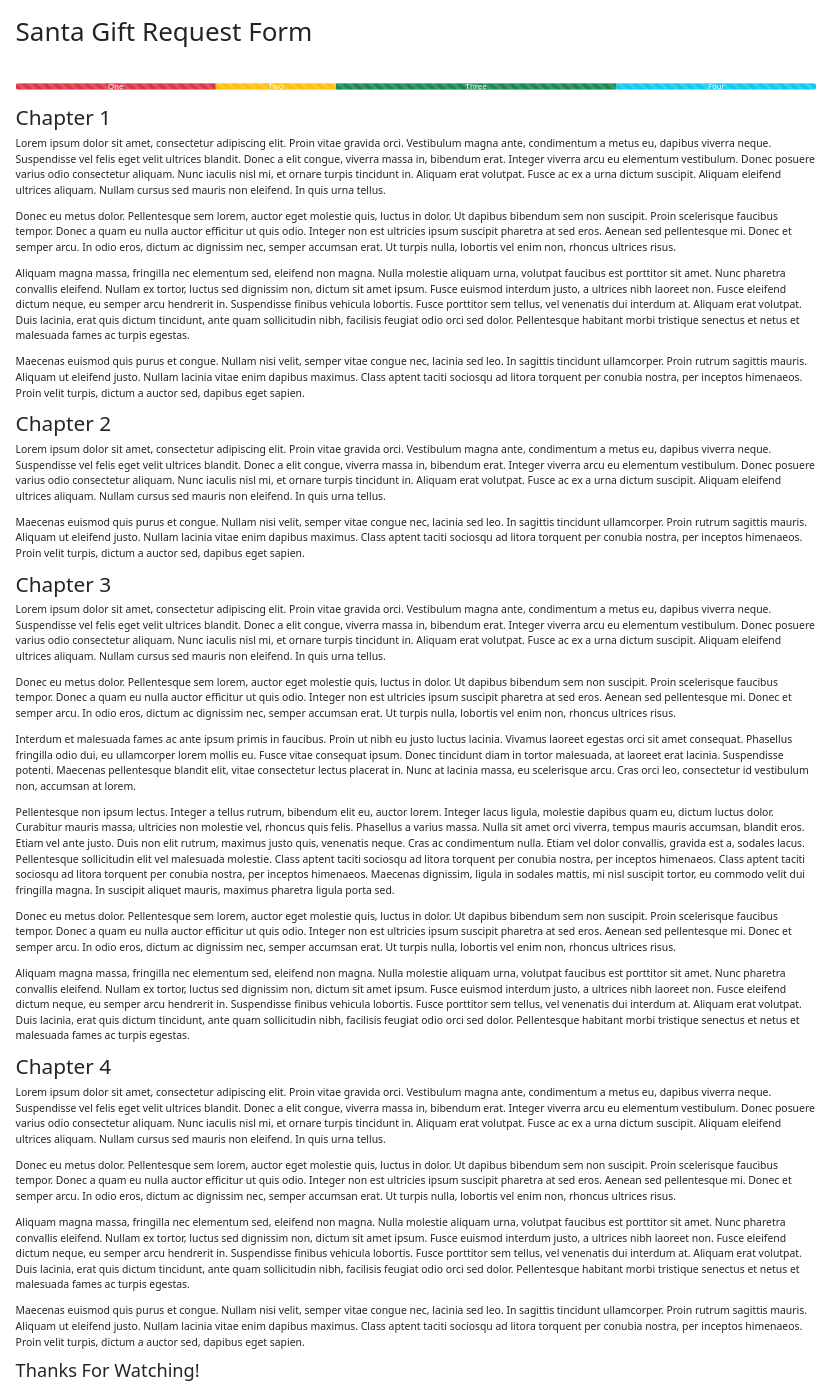
Repository: sarahlochhead/check-santas-list
Page: index.html
The author's editor kept a copy of each file at every save. The page is drawn from the files as they stood at one save, then again after a run of saves.
The browser window is 1280 px wide. The pictures show the whole page, at 65% of full size.

Above is the page before, as saved 2022-11-25 21:26:31.

### index.html
<!DOCTYPE html>
<html lang="en">
<head>
    <meta charset="utf-8">
    <meta name="viewport" content="width=device-width, initial-scale=1, shrink-to-fit=no">
    <title>Progress Bar | Bootstrap</title>
    <!-- The purpose of progress bars is to show something is loading, in progress, or action taking place with elements on the page. -->
    <!-- STEP 1: Link to Bootstrap CSS -->
    <link href="https://cdn.jsdelivr.net/npm/bootstrap@5.2.3/dist/css/bootstrap.min.css"  rel="stylesheet" integrity="sha384-rbsA2VBKQhggwzxH7pPCaAqO46MgnOM80zW1RWuH61DGLwZJEdK2Kadq2F9CUG65" crossorigin="anonymous">
</head>
<body class="m-4">
    <!-- STEP 3: Review the HTML for the page -->
    <main>
        <h1>Santa Gift Request Form</h1>

        <form>
            <label for="fullName" class="form-label"></label>


        </form>
        <!-- STEP 4: Create a div and add .progress and some top and bottom margin -->
        <div class="progress mt-4 mb-4 sticky-top" style="height: 10px;">
            <!-- STEP 5: Create another div .progress-bar. Add the appropriate roles and aria attributes (b/c this is not the HTML5 semantic element <progress>)-->
            <div class="progress-bar bg-danger progress-bar-striped progress-bar-animated" role="progressbar" aria-label="Long Read Progress Bar" style="width:25%" aria-valuenow="25" aria-valuemin="0" aria-valuemax="100">One</div>
            <!-- STEP 6: Change the value of width property to 50% percentage and see what happens Note: The aria-valuenow should also be changed -->
            <!-- STEP 7: Add a label to the progress-bar adding text in the div -->
            <!-- STEP 8: Add a bootstrap background color to the progress-bar (bg-success bg-info bg-warning) -->
            <!-- STEP 9: Try adding a bootstrap class of .progress-bar-striped and .progress-bar-animated to the .progress-bar -->
            <!-- STEP 10: Create three more inner divs .progress bar and change the color and width. (copy/paste) -->
            <div class="progress-bar bg-warning progress-bar-striped progress-bar-animated" role="progressbar" aria-label="Long Read Progress Bar" style="width:15%" aria-valuenow="15" aria-valuemin="0" aria-valuemax="100">Two</div>
            <div class="progress-bar bg-success progress-bar-striped progress-bar-animated" role="progressbar" aria-label="Long Read Progress Bar" style="width:35%" aria-valuenow="35" aria-valuemin="0" aria-valuemax="100">Three</div>
            <div class="progress-bar bg-info progress-bar-striped progress-bar-animated" role="progressbar" aria-label="Long Read Progress Bar" style="width:25%" aria-valuenow="25" aria-valuemin="0" aria-valuemax="100">Four</div>
            <!-- STEP 11: Set a height on the div.progress -->
            <!-- STEP 12: give the the div.progress a position class .sticky-top -->
        </div> <!-- .progress -->
        <section id="chapter1">
            <h2>Chapter 1</h2>
            <p>
                Lorem ipsum dolor sit amet, consectetur adipiscing elit. Proin vitae gravida orci. Vestibulum magna
                ante, condimentum a metus eu, dapibus viverra neque. Suspendisse vel felis eget velit ultrices blandit.
                Donec a elit congue, viverra massa in, bibendum erat. Integer viverra arcu eu elementum vestibulum.
                Donec posuere varius odio consectetur aliquam. Nunc iaculis nisl mi, et ornare turpis tincidunt in.
                Aliquam erat volutpat. Fusce ac ex a urna dictum suscipit. Aliquam eleifend ultrices aliquam. Nullam
                cursus sed mauris non eleifend. In quis urna tellus.
            </p>
            <p>
                Donec eu metus dolor. Pellentesque sem lorem, auctor eget molestie quis, luctus in dolor. Ut dapibus
                bibendum sem non suscipit. Proin scelerisque faucibus tempor. Donec a quam eu nulla auctor efficitur ut
                quis odio. Integer non est ultricies ipsum suscipit pharetra at sed eros. Aenean sed pellentesque mi.
                Donec et semper arcu. In odio eros, dictum ac dignissim nec, semper accumsan erat. Ut turpis nulla,
                lobortis vel enim non, rhoncus ultrices risus.
            </p>
            <p>
                Aliquam magna massa, fringilla nec elementum sed, eleifend non magna. Nulla molestie aliquam urna,
                volutpat faucibus est porttitor sit amet. Nunc pharetra convallis eleifend. Nullam ex tortor, luctus sed
                dignissim non, dictum sit amet ipsum. Fusce euismod interdum justo, a ultrices nibh laoreet non. Fusce
                eleifend dictum neque, eu semper arcu hendrerit in. Suspendisse finibus vehicula lobortis. Fusce
                porttitor sem tellus, vel venenatis dui interdum at. Aliquam erat volutpat. Duis lacinia, erat quis
                dictum tincidunt, ante quam sollicitudin nibh, facilisis feugiat odio orci sed dolor. Pellentesque
                habitant morbi tristique senectus et netus et malesuada fames ac turpis egestas.
            </p>
            <p>
                Maecenas euismod quis purus et congue. Nullam nisi velit, semper vitae congue nec, lacinia sed leo. In
                sagittis tincidunt ullamcorper. Proin rutrum sagittis mauris. Aliquam ut eleifend justo. Nullam lacinia
                vitae enim dapibus maximus. Class aptent taciti sociosqu ad litora torquent per conubia nostra, per
                inceptos himenaeos. Proin velit turpis, dictum a auctor sed, dapibus eget sapien.
            </p>
        </section>
        <section id="chapter2">
            <h2>Chapter 2</h2>
            <p>
                Lorem ipsum dolor sit amet, consectetur adipiscing elit. Proin vitae gravida orci. Vestibulum magna
                ante, condimentum a metus eu, dapibus viverra neque. Suspendisse vel felis eget velit ultrices blandit.
                Donec a elit congue, viverra massa in, bibendum erat. Integer viverra arcu eu elementum vestibulum.
                Donec posuere varius odio consectetur aliquam. Nunc iaculis nisl mi, et ornare turpis tincidunt in.
                Aliquam erat volutpat. Fusce ac ex a urna dictum suscipit. Aliquam eleifend ultrices aliquam. Nullam
                cursus sed mauris non eleifend. In quis urna tellus.
            </p>
            <p>
                Maecenas euismod quis purus et congue. Nullam nisi velit, semper vitae congue nec, lacinia sed leo. In
                sagittis tincidunt ullamcorper. Proin rutrum sagittis mauris. Aliquam ut eleifend justo. Nullam lacinia
                vitae enim dapibus maximus. Class aptent taciti sociosqu ad litora torquent per conubia nostra, per
                inceptos himenaeos. Proin velit turpis, dictum a auctor sed, dapibus eget sapien.
            </p>
        </section>
        <section id="chapter3">
            <h2>Chapter 3</h2>
            <p>
                Lorem ipsum dolor sit amet, consectetur adipiscing elit. Proin vitae gravida orci. Vestibulum magna
                ante, condimentum a metus eu, dapibus viverra neque. Suspendisse vel felis eget velit ultrices blandit.
                Donec a elit congue, viverra massa in, bibendum erat. Integer viverra arcu eu elementum vestibulum.
                Donec posuere varius odio consectetur aliquam. Nunc iaculis nisl mi, et ornare turpis tincidunt in.
                Aliquam erat volutpat. Fusce ac ex a urna dictum suscipit. Aliquam eleifend ultrices aliquam. Nullam
                cursus sed mauris non eleifend. In quis urna tellus.
            </p>
            <p>
                Donec eu metus dolor. Pellentesque sem lorem, auctor eget molestie quis, luctus in dolor. Ut dapibus
                bibendum sem non suscipit. Proin scelerisque faucibus tempor. Donec a quam eu nulla auctor efficitur ut
                quis odio. Integer non est ultricies ipsum suscipit pharetra at sed eros. Aenean sed pellentesque mi.
                Donec et semper arcu. In odio eros, dictum ac dignissim nec, semper accumsan erat. Ut turpis nulla,
                lobortis vel enim non, rhoncus ultrices risus.
            </p>
            <p>
                Interdum et malesuada fames ac ante ipsum primis in faucibus. Proin ut nibh eu justo luctus lacinia. Vivamus laoreet egestas orci sit amet consequat. Phasellus fringilla odio dui, eu ullamcorper lorem mollis eu. Fusce vitae consequat ipsum. Donec tincidunt diam in tortor malesuada, at laoreet erat lacinia. Suspendisse potenti. Maecenas pellentesque blandit elit, vitae consectetur lectus placerat in. Nunc at lacinia massa, eu scelerisque arcu. Cras orci leo, consectetur id vestibulum non, accumsan at lorem.
            </p>
            <p>
                Pellentesque non ipsum lectus. Integer a tellus rutrum, bibendum elit eu, auctor lorem. Integer lacus ligula, molestie dapibus quam eu, dictum luctus dolor. Curabitur mauris massa, ultricies non molestie vel, rhoncus quis felis. Phasellus a varius massa. Nulla sit amet orci viverra, tempus mauris accumsan, blandit eros. Etiam vel ante justo. Duis non elit rutrum, maximus justo quis, venenatis neque. Cras ac condimentum nulla. Etiam vel dolor convallis, gravida est a, sodales lacus. Pellentesque sollicitudin elit vel malesuada molestie. Class aptent taciti sociosqu ad litora torquent per conubia nostra, per inceptos himenaeos. Class aptent taciti sociosqu ad litora torquent per conubia nostra, per inceptos himenaeos. Maecenas dignissim, ligula in sodales mattis, mi nisl suscipit tortor, eu commodo velit dui fringilla magna. In suscipit aliquet mauris, maximus pharetra ligula porta sed.
            </p>
            <p>
                Donec eu metus dolor. Pellentesque sem lorem, auctor eget molestie quis, luctus in dolor. Ut dapibus
                bibendum sem non suscipit. Proin scelerisque faucibus tempor. Donec a quam eu nulla auctor efficitur ut
                quis odio. Integer non est ultricies ipsum suscipit pharetra at sed eros. Aenean sed pellentesque mi.
                Donec et semper arcu. In odio eros, dictum ac dignissim nec, semper accumsan erat. Ut turpis nulla,
                lobortis vel enim non, rhoncus ultrices risus.
            </p>
            <p>
                Aliquam magna massa, fringilla nec elementum sed, eleifend non magna. Nulla molestie aliquam urna,
                volutpat faucibus est porttitor sit amet. Nunc pharetra convallis eleifend. Nullam ex tortor, luctus sed
                dignissim non, dictum sit amet ipsum. Fusce euismod interdum justo, a ultrices nibh laoreet non. Fusce
                eleifend dictum neque, eu semper arcu hendrerit in. Suspendisse finibus vehicula lobortis. Fusce
                porttitor sem tellus, vel venenatis dui interdum at. Aliquam erat volutpat. Duis lacinia, erat quis
                dictum tincidunt, ante quam sollicitudin nibh, facilisis feugiat odio orci sed dolor. Pellentesque
                habitant morbi tristique senectus et netus et malesuada fames ac turpis egestas.
            </p>
        </section>
        <section id="chapter4">
            <h2>Chapter 4</h2>
            <p>
                Lorem ipsum dolor sit amet, consectetur adipiscing elit. Proin vitae gravida orci. Vestibulum magna
                ante, condimentum a metus eu, dapibus viverra neque. Suspendisse vel felis eget velit ultrices blandit.
                Donec a elit congue, viverra massa in, bibendum erat. Integer viverra arcu eu elementum vestibulum.
                Donec posuere varius odio consectetur aliquam. Nunc iaculis nisl mi, et ornare turpis tincidunt in.
                Aliquam erat volutpat. Fusce ac ex a urna dictum suscipit. Aliquam eleifend ultrices aliquam. Nullam
                cursus sed mauris non eleifend. In quis urna tellus.
            </p>
            <p>
                Donec eu metus dolor. Pellentesque sem lorem, auctor eget molestie quis, luctus in dolor. Ut dapibus
                bibendum sem non suscipit. Proin scelerisque faucibus tempor. Donec a quam eu nulla auctor efficitur ut
                quis odio. Integer non est ultricies ipsum suscipit pharetra at sed eros. Aenean sed pellentesque mi.
                Donec et semper arcu. In odio eros, dictum ac dignissim nec, semper accumsan erat. Ut turpis nulla,
                lobortis vel enim non, rhoncus ultrices risus.
            </p>
            <p>
                Aliquam magna massa, fringilla nec elementum sed, eleifend non magna. Nulla molestie aliquam urna,
                volutpat faucibus est porttitor sit amet. Nunc pharetra convallis eleifend. Nullam ex tortor, luctus sed
                dignissim non, dictum sit amet ipsum. Fusce euismod interdum justo, a ultrices nibh laoreet non. Fusce
                eleifend dictum neque, eu semper arcu hendrerit in. Suspendisse finibus vehicula lobortis. Fusce
                porttitor sem tellus, vel venenatis dui interdum at. Aliquam erat volutpat. Duis lacinia, erat quis
                dictum tincidunt, ante quam sollicitudin nibh, facilisis feugiat odio orci sed dolor. Pellentesque
                habitant morbi tristique senectus et netus et malesuada fames ac turpis egestas.
            </p>
            <p>
                Maecenas euismod quis purus et congue. Nullam nisi velit, semper vitae congue nec, lacinia sed leo. In
                sagittis tincidunt ullamcorper. Proin rutrum sagittis mauris. Aliquam ut eleifend justo. Nullam lacinia
                vitae enim dapibus maximus. Class aptent taciti sociosqu ad litora torquent per conubia nostra, per
                inceptos himenaeos. Proin velit turpis, dictum a auctor sed, dapibus eget sapien.
            </p>
        </section>
        <footer id="end">
            <h3>Thanks For Watching!</h3>
        </footer>
    </main>
    <!-- STEP 2: Link to Bootstrap JS -->
    <script src="https://cdn.jsdelivr.net/npm/bootstrap@5.2.3/dist/js/bootstrap.bundle.min.js"></script>
</body>
</html>

After the next 3 saves:
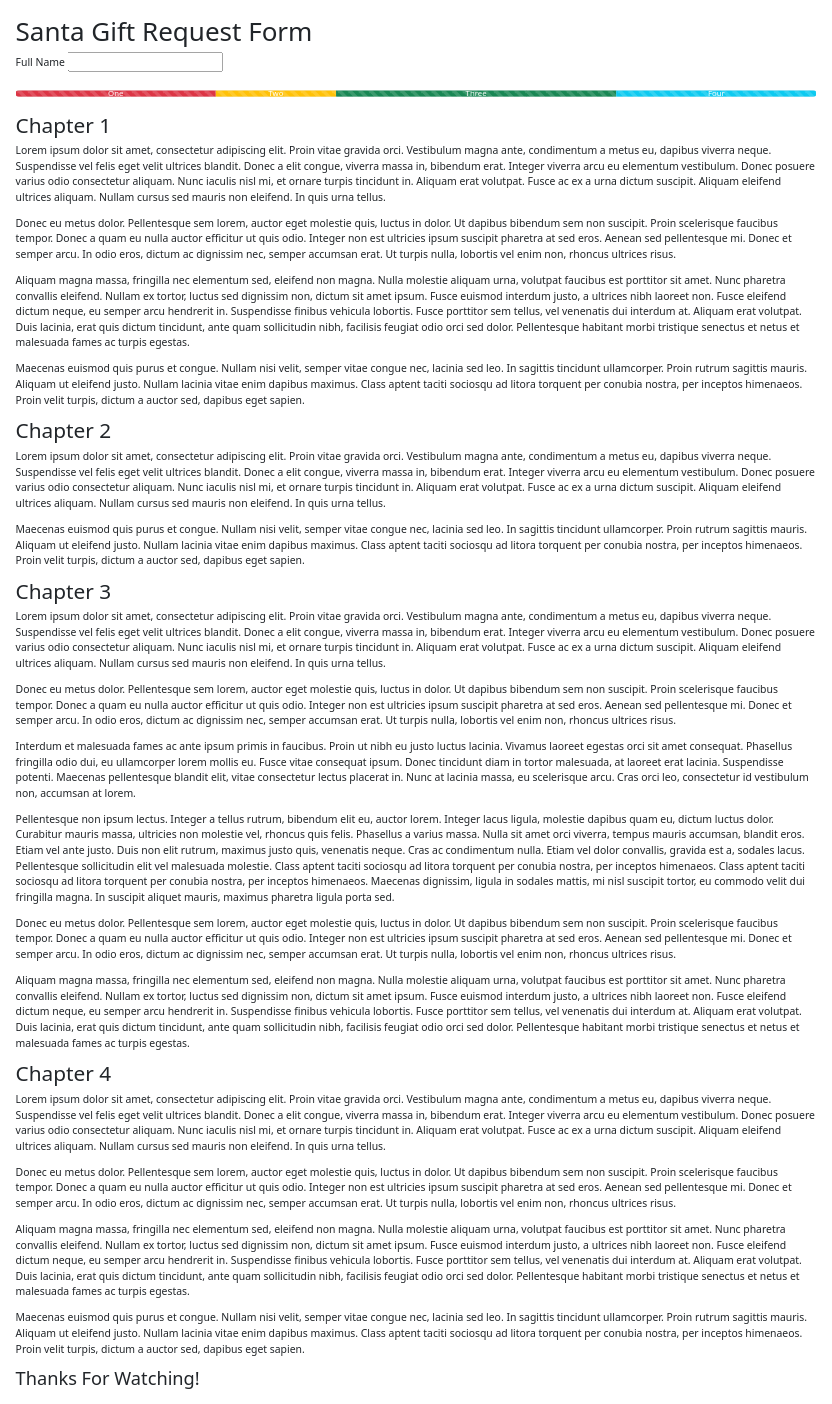
The 3 saves are shown as one change because they came seconds apart.
The last was saved 11 s later.
--- a/index.html
+++ b/index.html
@@ -14,7 +14,8 @@
         <h1>Santa Gift Request Form</h1>
 
         <form>
-            <label for="fullName" class="form-label"></label>
+            <label for="fullName" class="form-label">Full Name</label>
+            <input>
 
 
         </form>
